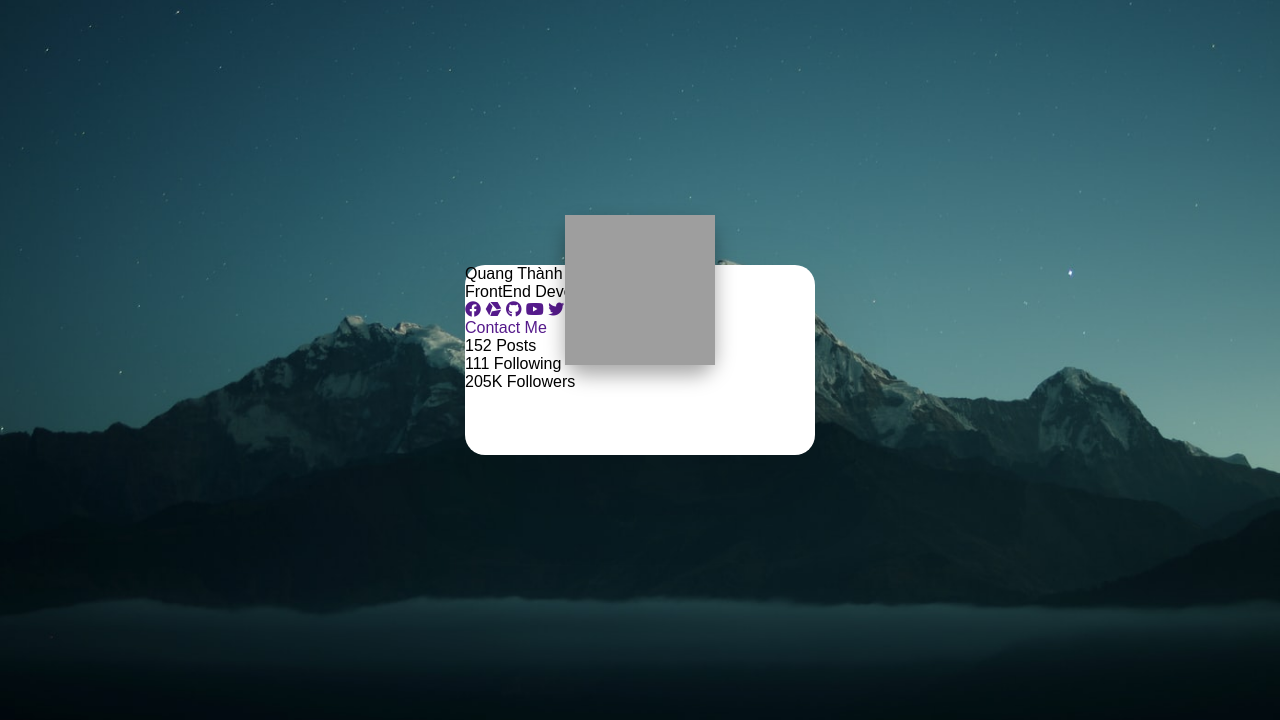
Repository: QuangThanh152/Profile-me
Page: index.html
The author's editor kept a copy of each file at every save. The page is drawn from the files as they stood at one save, then again after the next save.
The browser window is 1280 px wide. The pictures show the whole page.
Pictures or frames that could not be fetched are drawn as grey boxes.

Above is the page before, as saved 2022-10-07 15:01:09.

### index.html
<!DOCTYPE html>
<html lang="en">
<head>
    <meta charset="UTF-8">
    <meta http-equiv="X-UA-Compatible" content="IE=edge">
    <meta name="viewport" content="width=device-width, initial-scale=1.0">
    <link rel="stylesheet" href="./accets/font/fontawesome-free-6.1.2-web/css/all.min.css">
    <link rel="stylesheet" href="./accets/main.css">
    <title>Profile-QT</title>
</head>
<body>
    <div class="card">
        <div class="card-header">
            <img src="./accets/img/IMG_20220202_135645.jpg" alt="" class="img-me">
        </div>
        <div class="name">Quang Thành</div>
        <div class="desc">FrontEnd Developer</div>
        <div class="SocialNetwork">
            <a href="" class="icon"><i class="fa-brands fa-facebook"></i></a>
            <a href="" class="icon"><i class="fa-brands fa-instalod"></i></i></a>
            <a href="" class="icon"><i class="fa-brands fa-github"></i></i></a>
            <a href="" class="icon"><i class="fa-brands fa-youtube"></i></i></a>
            <a href="" class="icon"><i class="fa-brands fa-twitter"></i></i></a>
        </div>
        <a href="" class="btn-contact">Contact Me</a>
        <div class="card-footer">
            <div class="number">
                <div class="item">
                    <span>152</span>
                    Posts
                </div>
            </div>
            <div class="number">
                <div class="item">
                    <span>111</span>
                    Following
                </div>
            </div>
            <div class="number">
                <div class="item">
                    <span>205K</span>
                    Followers
                </div>
            </div>
        </div>
    </div>
</body>
</html>

### accets/main.css
* {
    padding: 0;
    margin: 0;
    box-sizing: border-box;
    font-family: 'Poppins', sans-serif;
    text-decoration: none;
}

body {
    min-height: 100vh;
    background: url(/accets/img/img-big.jpg) no-repeat center;
    background-size: cover;
    display: flex;
    justify-content: center;
    align-items: center;
}

.card {
    position: relative;
    width: 350px;
    height: 190px;
    /* height: 500px; */
    border-radius: 20px;
    background: #fff;
    transition: 0.2s linear;
    box-shadow: 0 35px 80px rgba(0,0,0,0.15);
}
.card:hover {
    height: 500px;
}
.card-header {
    position: absolute;
    background: rgb(21, 19, 19);
    left: 50%;
    top: -50px;
    transform: translateX(-50%);
    width: 150px;
    height: 150px;
    border-radius: 20px;
    box-shadow: 0 10px 20px rgba(0,0,0,0.35);

}

.img-me {
    position: absolute;
    top: 0;
    left: 0;
    width: 100%;
    height: 100%;
    object-fit: cover;
}

Loaded but not shown: accets/font/fontawesome-free-6.1.2-web/css/all.min.css (library)

After the next save:
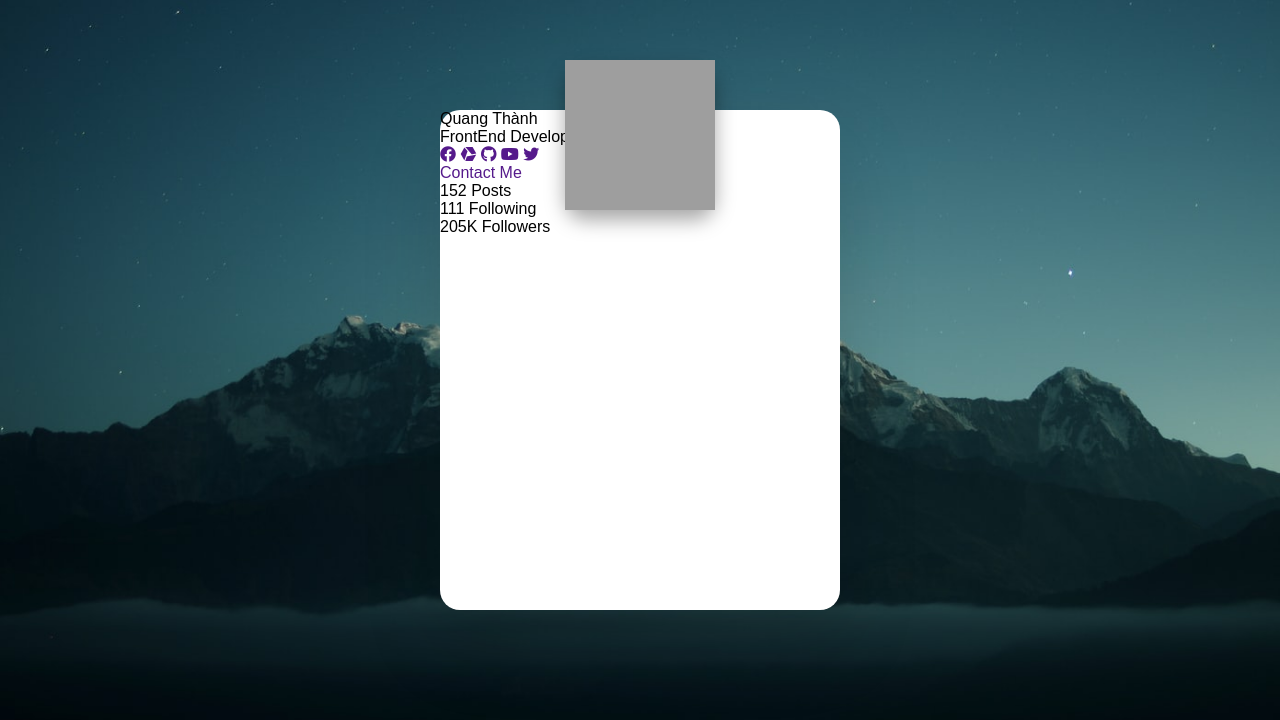
Saved 34 s later.
--- a/accets/main.css
+++ b/accets/main.css
@@ -17,9 +17,9 @@ body {
 
 .card {
     position: relative;
-    width: 350px;
-    height: 190px;
-    /* height: 500px; */
+    width: 400px;
+    /* height: 190px; */
+    height: 500px;
     border-radius: 20px;
     background: #fff;
     transition: 0.2s linear;
